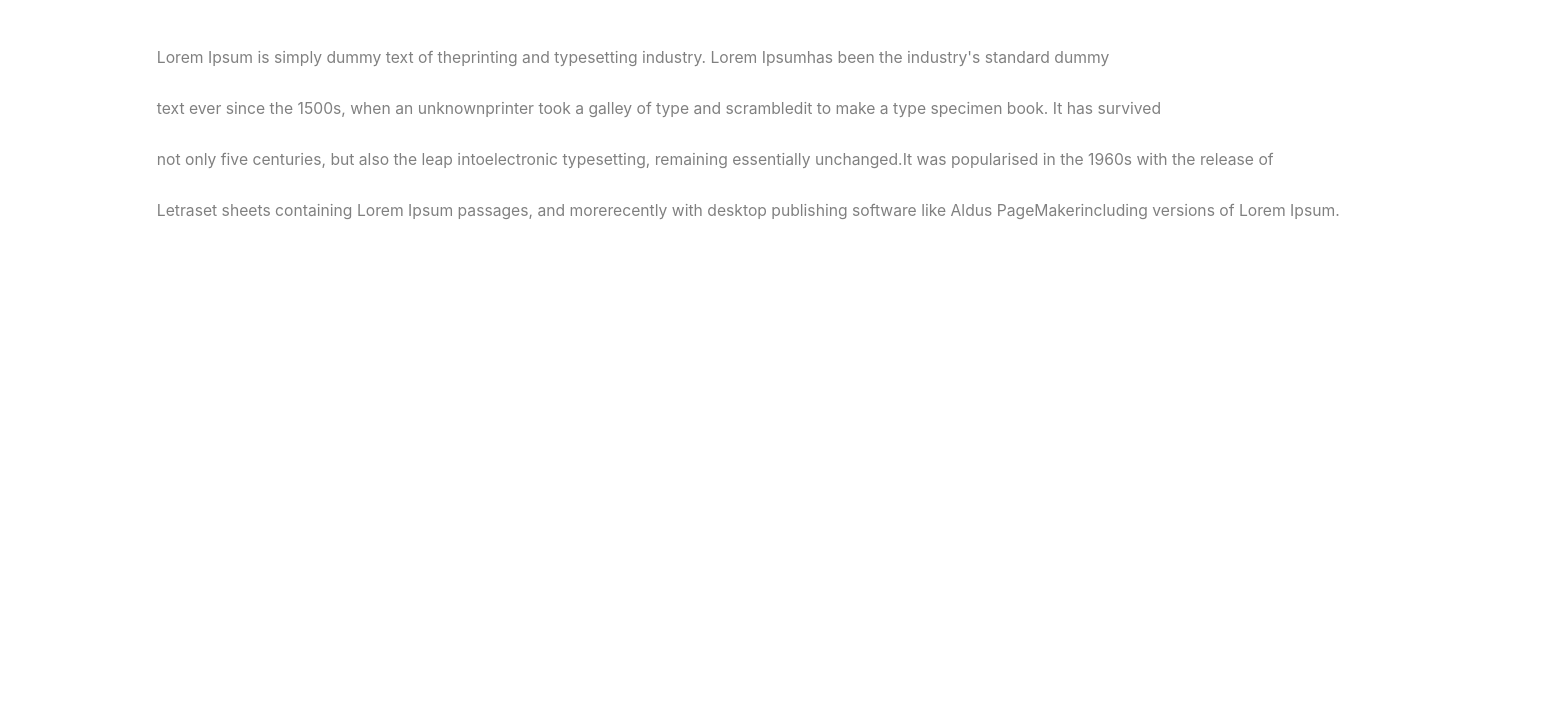
Repository: eg7eg7/Text-Play
Page: /
An editor plug-in stored every save of this project. The page is shown before and after the next save, followed by the edit.
The browser window is 1280 px wide. The page is 1600 px wide, then 1440 px, so the pictures cover 1600 px, including what lies to the right of the window. The pictures show the whole page, at 98% of full size.
The project was rebuilt for these pictures with package versions that can differ from the ones it lists, and the page was loaded fresh each time.

Above is the page before, as saved 2021-01-11 23:19:05.

After the next save:
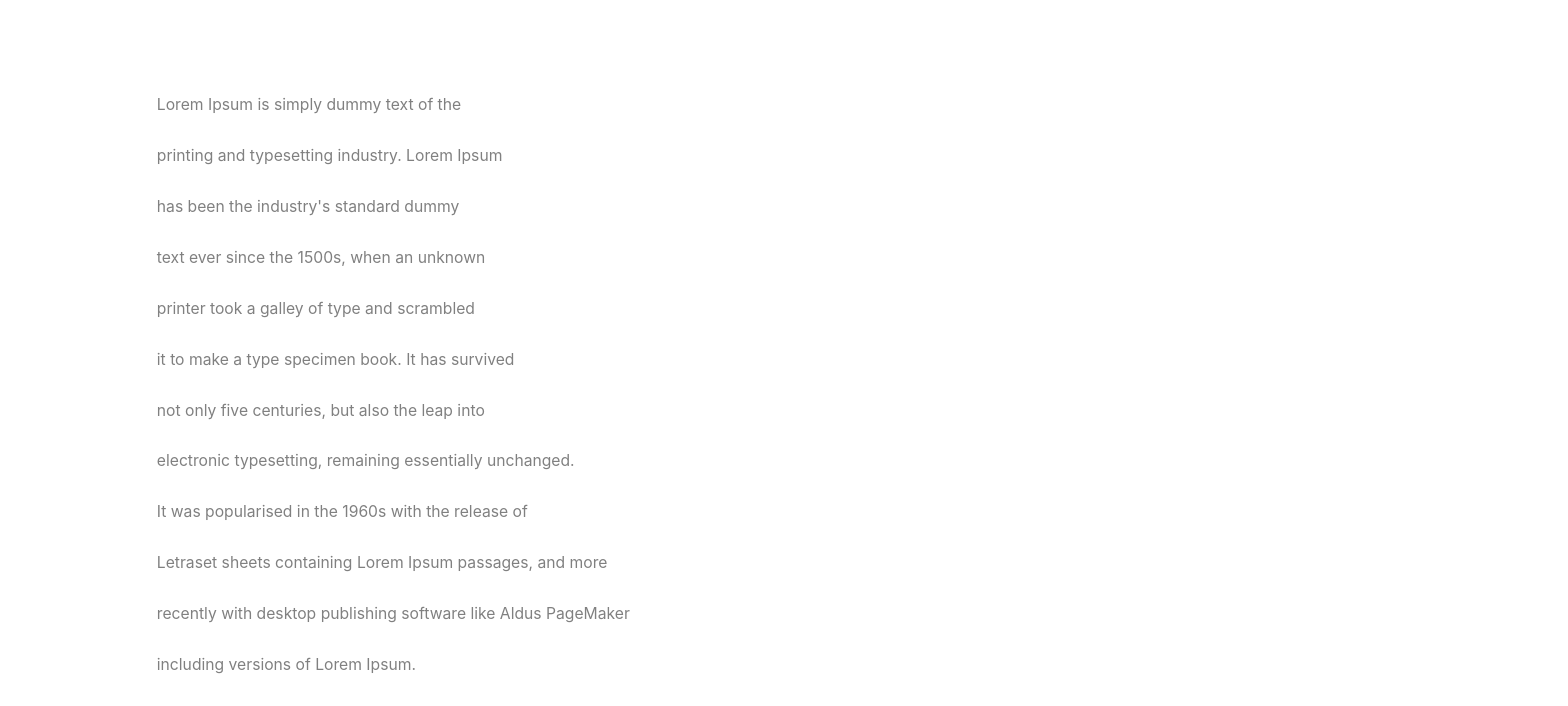
Saved 60 s later.
--- a/src/TextPlay.css
+++ b/src/TextPlay.css
@@ -13,17 +13,16 @@ p {
 div.textBlock {
     float: left;
 }
-/* .textBlock {
+.textBlock {
     clear: left;
     display:inline-block;
     margin-top: 0em;
-} */
+}
 .TextPlay {
     margin-top: 2em;
     margin-bottom: 5em;
     margin-left: 10em;
     text-align: justify;
     width:100%;
-    display:inline-block;
     margin-right: 10em;
 }
